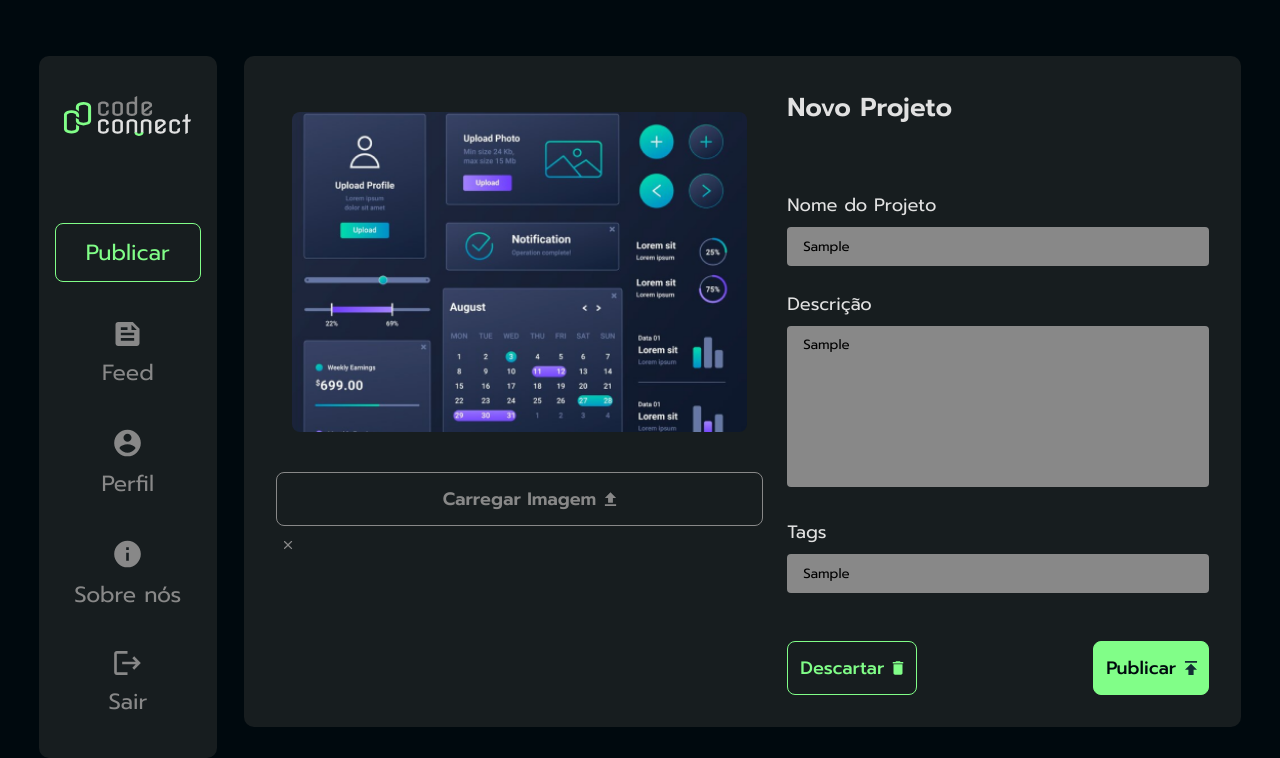
Repository: joaoPraiaJunior/async_await
Page: index.html
These files come from the project's save history. The page is drawn as it stood at one moment and after the next save; the edit follows.
The browser window is 1280 px wide. The pictures show the whole page.
Empty fields were first filled with sample values (such as "Sample", 5 or name@example.com).
After loading, the first visible `button.c-formulario__botao` was clicked once.

Above is the page before, as saved 2024-08-26 22:11:25.

### index.html
<!DOCTYPE html>
<html lang="pt-BR" dir="ltr">

<head>
    <meta charset="UTF-8">
    <meta name="viewport" content="width=device-width, initial-scale=1.0">
    <meta name="description" content="Projeto Async Await">
    <link rel="preconnect" href="https://fonts.googleapis.com">
    <link rel="preconnect" href="https://fonts.gstatic.com" crossorigin>
    <link href="https://fonts.googleapis.com/css2?family=Prompt:ital,wght@0,100;0,200;0,300;0,400;0,500;0,600;0,700;0,800;0,900;1,100;1,200;1,300;1,400;1,500;1,600;1,700;1,800;1,900&display=swap" rel="stylesheet">
    <link rel="stylesheet" href="./css/styles.css">
    <title>CodeConnect</title>
</head>

<body>
    <aside class="l-lateral">
        <figure><img src="./img/Logo.svg" alt="Logo do codeconnect"></figure>
        <nav class="c-menu">
            <ul class="c-menu__lista">
                <li class="c-menu__item"><a href="#" class="c-menu__link">Publicar</a></li>
                <li class="c-menu__item"><a href="#" class="c-menu__link"><img src="./img/feed.svg" aria-hidden="true" alt>Feed</a></li>
                <li class="c-menu__item"><a href="#" class="c-menu__link"><img src="./img/account_circle.svg" aria-hidden="true" alt>Perfil</a></li>
                <li class="c-menu__item"><a href="#" class="c-menu__link"><img src="./img/info.svg" aria-hidden="true" alt>Sobre nós</a></li>
                <li class="c-menu__item"><a href="#" class="c-menu__link"><img src="./img/logout.svg" aria-hidden="true" alt>Sair</a></li>
            </ul>
        </nav>
    </aside>

    <main class="l-principal">
        <div class="c-upload-imagem">
            <div class="c-upload-imagem__container">
                <figure class="c-upload-imagem__publicacao">
                    <img src="./img/imagem1.png" data-js="imagem" alt>
                </figure>
            </div>
            <button class="c-upload-imagem__botao" aria-label="carregar imagem" data-js="upload-de-imagem" aria-label="carregar-imagem">Carregar Imagem</button>
            <input type="file" name="imagem" id="imagem" accept="image/*" aria-hidden="true" style="display:none" data-js="input-upload-imagem">
            <div class="c-upload-imagem__descricao">
                <p data-js="descricao-da-imagem">image__projeto.png</p>
                <button class="c-botao c-botao--fechar" aria-label="Excluir tag"></button>
            </div>
            <div class="c-upload-imagem__mensagem-erro">
                <p data-js="mensagem-de-erro" aria-hidden="true"></p>
            </div>
        </div>

        <div class="c-formulario">
            <h1 class="c-formulario__titulo">Novo Projeto</h1>
            <form class="c-formulario__acoes" data-js="formulario">

                <div class="c-formulario__grupo">
                    <label for="projeto">Nome do Projeto</label>
                    <input type="text" name="projeto" id="projeto" placeholder="Escreva o nome do projeto" required>
                </div>
                <div class="c-formulario__grupo">
                    <label for="descricao">Descrição</label>
                    <textarea name="descricao" id="descricao" placeholder="Faça uma descrição da imagem" required></textarea>
                </div>

                <div class="c-formulario__grupo">
                    <label for="tags">Tags</label>
                    <input type="text" name="tags" id="tags" placeholder="Escreva as tags" data-js="input-tags">
                </div>

                <ul class="c-formulario__lista" data-js="formulario-lista-tags">
                </ul>

                <div class="c-formulario__botoes">
                    <button type="reset" class="c-formulario__botao c-formulario__botao--descartar" data-js="botao-excluir-dados-formulario">Descartar</button>
                    <button type="submit" class="c-formulario__botao c-formulario__botao--salvar">Publicar</button>
                </div>
            </form>
        </div>
    </main>

    <script src="./js/scripts.js"></script>
</body>

</html>

### css/styles.css
:root {
  /* Cores */
  --background-color: #00090e;
  --cor-do-texto: #e1e1e1;
  --cor-primaria: #81fe88;
  --cor-secundaria: #888888;
  --cor-da-tag: #171d1f;
  --componentes-do-background: #171d1f;

  /* Fontes */
  --fonte-padrao: "Prompt", sans-serif;
}

* {
  margin: 0;
  padding: 0;
  box-sizing: border-box;
}

html {
  font-size: 62.5%;
}

body {
  display: flex;
  justify-content: center;
  align-items: start;
  gap: 2.7rem;
  font-family: var(--fonte-padrao);
  font-size: 1.6rem;
  background-color: var(--background-color);
  color: var(--cor-do-texto);
  padding: 5.6rem 0;
  height: 100vh;
}

.l-lateral {
  text-align: center;
  background-color: var(--componentes-do-background);
  border-radius: 1rem;
  padding: 4rem 1.6rem;
}

.c-menu__lista {
  display: flex;
  flex-direction: column;
  align-items: center;
  gap: 4rem;
  margin-top: 8rem;
  list-style-type: none;
}

.c-menu__link {
  display: flex;
  flex-direction: column;
  align-items: center;
  gap: 1rem;
  font-size: 2.2rem;
  text-decoration: none;
  color: var(--cor-secundaria);
}

.c-menu__lista li:first-of-type a {
  color: var(--cor-primaria);
  border: 0.1rem solid var(--cor-primaria);
  border-radius: 0.8rem;
  padding: 1.2rem 3rem;
}

.l-principal {
  display: flex;
  gap: 2.4rem;
  background-color: var(--componentes-do-background);
  border-radius: 1rem;
  padding: 3.2rem;
}

.c-formulario {
  display: flex;
  flex-direction: column;
  gap: 2.4rem;
  width: 42.2rem;
}

.c-formulario__titulo {
  font-size: 2.6rem;
  font-weight: 600;
  margin-bottom: 4rem;
}

.c-formulario__acoes {
  display: flex;
  flex-direction: column;
  gap: 2.4rem;
}

.c-formulario__grupo label {
  display: block;
  font-size: 1.8rem;
  font-weight: 400;
  margin-bottom: 0.8rem;
  cursor: pointer;
}

.c-formulario__grupo input,
textarea {
  background-color: var(--cor-secundaria);
  font-family: var(--fonte-padrao);
  line-height: 2.25rem;
  border: none;
  border-radius: 0.4rem;
  padding: 0.8rem 1.6rem;
  width: 100%;
}

.c-formulario__grupo textarea {
  resize: none;
  height: 16.1rem;
}

.c-formulario__grupo input {
  height: 3.9rem;
}

.c-formulario__grupo input::placeholder, textarea::placeholder {
  color: var(--componentes-do-background);
}

.c-formulario__grupo label {
  cursor: pointer;
}

.c-formulario__lista {
  display: flex;
  gap: 1.0rem;
  flex-wrap: wrap;
  list-style-type: none;
}

.c-formulario__lista-tags {
  display: flex;
  gap: 1rem;
  color: var(--cor-da-tag);
  background-color: var(--cor-secundaria);
  border-radius: 0.4rem;
  padding: 0.4rem 0.8rem;
  cursor: pointer;
}

.c-formulario__botoes {
  display: flex;
  justify-content: space-between;
  gap: 2.4rem;
}

.c-formulario__botao {
  font-family: var(--fonte-padrao);
  font-size: 1.8rem;
  font-weight: 500;
  text-align: center;
  border-radius: 0.8rem;
  padding: 1.2rem 3.2rem 1.2rem 1.2rem;
  cursor: pointer;
}

.c-formulario__botao--descartar,
.c-formulario__botao--salvar {
  position: relative;
}

.c-formulario__botao--descartar {
  color: var(--cor-primaria);
  background-color: var(--componentes-do-background);
  border: 0.1rem solid var(--cor-primaria);
}

.c-formulario__botao--salvar {
  color: var(--background-color);
  background-color: var(--cor-primaria);
  border: 0.1rem solid var(--cor-primaria);
}

.c-formulario__botao--descartar::after,
.c-formulario__botao--salvar::after,
.c-upload-imagem__botao::after {
  content: "";
  display: inline-block;
  position: absolute;
  top: 50%;
  background-size: contain;
  background-repeat: no-repeat;
  margin-left: 0.8rem;
  width: 1.5rem;
  height: 1.5rem;
  transform: translateY(-50%);
}

.c-formulario__botao--descartar::after {
  background-image: url("../img/trash.svg");
}

.c-formulario__botao--salvar::after {
  background-image: url("../img/arrow_forward2.svg");
}

.c-upload-imagem__botao::after {
  background-image: url("../img/upload.svg");
}

.c-upload-imagem__publicacao {
  background-color: var(--secundary-color);
  border-radius: 0.8rem;
  padding: 2.4rem 1.6rem;
  height: 36.8rem;
}

.c-upload-imagem__publicacao img {
  border-radius: 0.8rem;
  object-fit: cover;
  height: 100%;
}

.c-upload-imagem__botao {
  position: relative;
  color: var(--cor-secundaria);
  background-color: var(--componentes-do-background);
  font-family: var(--fonte-padrao);
  font-size: 1.8rem;
  font-weight: 600;
  text-align: center;
  margin: 1.6rem 0 0.8rem 0;
  border: 0.1rem solid var(--cor-secundaria);
  border-radius: 0.8rem;
  padding: 1.2rem;
  width: 100%;
  cursor: pointer;
}

.c-upload-imagem__descricao {
  display: flex;
  gap: 0.8rem;
  color: var(--secundary-color);
  font-size: 1.5rem;
}

.c-upload-imagem__descricao img {
  cursor: pointer;
}

.c-upload-imagem__mensagem-erro {
  margin-top: 1.5rem;
}


.piscar {
  animation: piscar 1.5s infinite;
}

@keyframes piscar {
  0% {
    opacity: 1;
  }
  50% {
    opacity: 0.5;
  }
  100% {
    opacity: 1;
  }
}

.c-botao {
  position: relative;
  background-color: transparent;
  border: none;
  width: .9rem;
  height: 2.2rem;
  cursor: pointer;
}

.c-botao::after {
  content: "";
  position: absolute;
  top: 50%;
  display: inline-block;
  background-size: contain;
  background-repeat: no-repeat;
  width: .9rem;
  height: .9rem;
  transform: translate(-50%, -50%);
}

.c-botao--excluir::after {
  background-image: url("../img/close-black.svg");
}

.c-botao--fechar::after {
  background-image: url("../img/close.svg");
}

### js/scripts.js
const elementos = {
    botaoUploadImagem: '[data-js="upload-de-imagem"]',
    inputUploadImagem: '[data-js="input-upload-imagem"]',
    imagem: '[data-js="imagem"]',
    descricaoDaImagem: '[data-js="descricao-da-imagem"]',
    mensagemDeErro: '[data-js="mensagem-de-erro"]',
    inputTags: '[data-js="input-tags"]',
    formularioListaTags: '[data-js="formulario-lista-tags"]',
    formulario: '[data-js="formulario"]',
    botaoExluirDadosFormulario: '[data-js="botao-excluir-dados-formulario"]',
}

const botaoUploadImagem = document.querySelector(elementos.botaoUploadImagem);
const inputUploadImagem = document.querySelector(elementos.inputUploadImagem);
const imagem = document.querySelector(elementos.imagem);
const descricaoDaImagem = document.querySelector(elementos.descricaoDaImagem);
const mensagemDeErro = document.querySelector(elementos.mensagemDeErro);
const inputTags = document.querySelector(elementos.inputTags);
const formularioListaTags = document.querySelector(elementos.formularioListaTags);
const formulario = document.querySelector(elementos.formulario);
const botaoExluirDadosFormulario = document.querySelector(elementos.botaoExluirDadosFormulario);
const tagsDisponiveis = ["Front-end", "Programação", "Data Science", "Full-stack", "HTML", "CSS", "JavaScript"];

botaoUploadImagem.addEventListener('click', () => {
    inputUploadImagem.click();
});

function validaImagem(arquivo, evento) {

    if (!validaExtensao(arquivo)) {
        evento.target.value = '';
        return 'Extensão não permitida. Por favor, envie uma imagem no formato JPEG, PNG, JPG ou GIF';
    }

    if (!validaTamanhoDaImagem(arquivo)) {
        evento.target.value = '';
        return 'Tamanho da imagem não permitido. Por favor, envie uma imagem de até 2MB';
    }

    return null; // Sem erro
}

function validaExtensao(arquivo) {

    const extensoesPermitidas = ['image/jpeg', 'image/png', 'image/jpg', 'image/gif'];
    return extensoesPermitidas.includes(arquivo.type);
}

function validaTamanhoDaImagem(arquivo) {

    const tamanhoPermitidoDoisMB = 1024 * 1024 * 2;
    return arquivo.size <= tamanhoPermitidoDoisMB;
}


function lerConteudoDoArquivo(arquivo, evento) {

    return new Promise((resolve, reject) => {
        const leitor = new FileReader();
        leitor.onload = () => {

            const erro = validaImagem(arquivo, evento)

            if (erro) {
                return reject(erro);
            }

            resolve({ url: leitor.result, nome: arquivo.name });
        }

        leitor.onerror = () => {
            reject(`Erro na leitura do arquivo ${arquivo.name}`);
        }

        leitor.readAsDataURL(arquivo);
    });
}

function manipularMensagemDeErroFoto(erro) {

    if (erro) {
        mensagemDeErro.textContent = erro;
        mensagemDeErro.classList.add('piscar');
        mensagemDeErro.setAttribute('aria-hidden', false);
        mensagemDeErro.setAttribute('role', 'alert');
        mensagemDeErro.setAttribute('tabindex', 0); // Para que o leitor de tela leia a mensagem
    } else {
        mensagemDeErro.textContent = '';
        mensagemDeErro.classList.remove('piscar');
        mensagemDeErro.setAttribute('aria-hidden', true);
        mensagemDeErro.removeAttribute('role');
        mensagemDeErro.removeAttribute('tabindex');
    }
}


function exluirTag(evento) {
    const botaoExcluir = evento.target;
    if (botaoExcluir) {
        const tagEscolhida = botaoExcluir.parentElement;
        formularioListaTags.removeChild(tagEscolhida);
    }
}

formularioListaTags.addEventListener('click', exluirTag);


function debounce(funcao, tempoEspera) {
    let identificadorTimeout;
    return function (...args) {
        if (identificadorTimeout) clearTimeout(identificadorTimeout);
        identificadorTimeout = setTimeout(() => funcao.apply(this, args), tempoEspera);
    };
}

inputUploadImagem.addEventListener('change', (evento) => {
    const arquivo = evento.target.files[0];

    if (!arquivo) {
        manipularMensagemDeErroFoto('Nenhum arquivo selecionado.');
        return;
    }

    debounce(async () => {
        try {
            const conteudoDoArquivo = await lerConteudoDoArquivo(arquivo, evento);
            imagem.src = conteudoDoArquivo.url;
            descricaoDaImagem.textContent = conteudoDoArquivo.nome;

            manipularMensagemDeErroFoto(null); // Limpa a mensagem

        } catch (erro) {

            manipularMensagemDeErroFoto(erro); // Exibe o erro
        }
    }, 300)();
});


function exibirTagsDisponiveis(tagTexto) {

    return new Promise((resolve) => {

        setTimeout(() => {
            resolve(tagsDisponiveis.includes(tagTexto));
        }, 1000);

    });
}

async function criarTagsDaImagem(evento) {

    const tecla = evento.key;

    if (tecla === 'Enter') {
        evento.preventDefault();
        const nomeDaTag = evento.target.value.trim();
        if (nomeDaTag !== '') {
            try {
                const tagJaExiste = await exibirTagsDisponiveis(nomeDaTag);
                if(tagJaExiste) {
                    const li = document.createElement('li');
                    const p = document.createElement('p');
                    const botao = document.createElement('button');
                    li.classList.add('c-formulario__lista-tags');
                    botao.classList.add('c-botao', 'c-botao--excluir');
                    botao.setAttribute('aria-label', 'Excluir tag');
                    botao.setAttribute('type', 'button');
                    botao.dataset.js = 'botao-excluir-tag';
                    p.textContent = nomeDaTag;
                    li.appendChild(p);
                    li.appendChild(botao);
                    formularioListaTags.appendChild(li);
                    inputTags.value = '';
                } else {
                    alert("Tag não disponível");
                    inputTags.value = '';
                }
            } catch (erro) {
                console.error("Erro ao criar tag", erro);
                alert("Erro ao criar tag");
            }
        }
    }
}

inputTags.addEventListener('keypress', criarTagsDaImagem);


async function publicarDadosDoProjeto(nomeDoProjeto, descricaoDoProjeto, tags) {

    return new Promise((resolve, reject) => {
        setTimeout(() => {
            const envio = Math.random() > 0.5;
            if(envio) {
                resolve('Projeto publicado com sucesso');
            } else {
                reject('Erro ao publicar projeto');
            }
        }, 2000);

    });
}

async function envidarDados(evento) {
    evento.preventDefault();
    const nomeDoProjeto = formulario.projeto.value;
    const descricaoDoProjeto = formulario.descricao.value;
    const tags = Array.from(formularioListaTags.children).map(tag => tag.querySelector('p').textContent);

    try {
        const mensagem = await publicarDadosDoProjeto(nomeDoProjeto, descricaoDoProjeto, tags);
        alert(mensagem);
    } catch (erro) {
        console.error('Erro ao publicar projeto', erro);
        alert('Erro ao publicar projeto');
    }
}


formulario.addEventListener('submit', envidarDados);


function descartarDadosDoFormulario(evento) {
    evento.preventDefault();
    imagem.src = './img/imagem1.png';
    descricaoDaImagem.textContent = '';
    formularioListaTags.innerHTML = '';
}

botaoExluirDadosFormulario.addEventListener('click', descartarDadosDoFormulario);

After the next save:
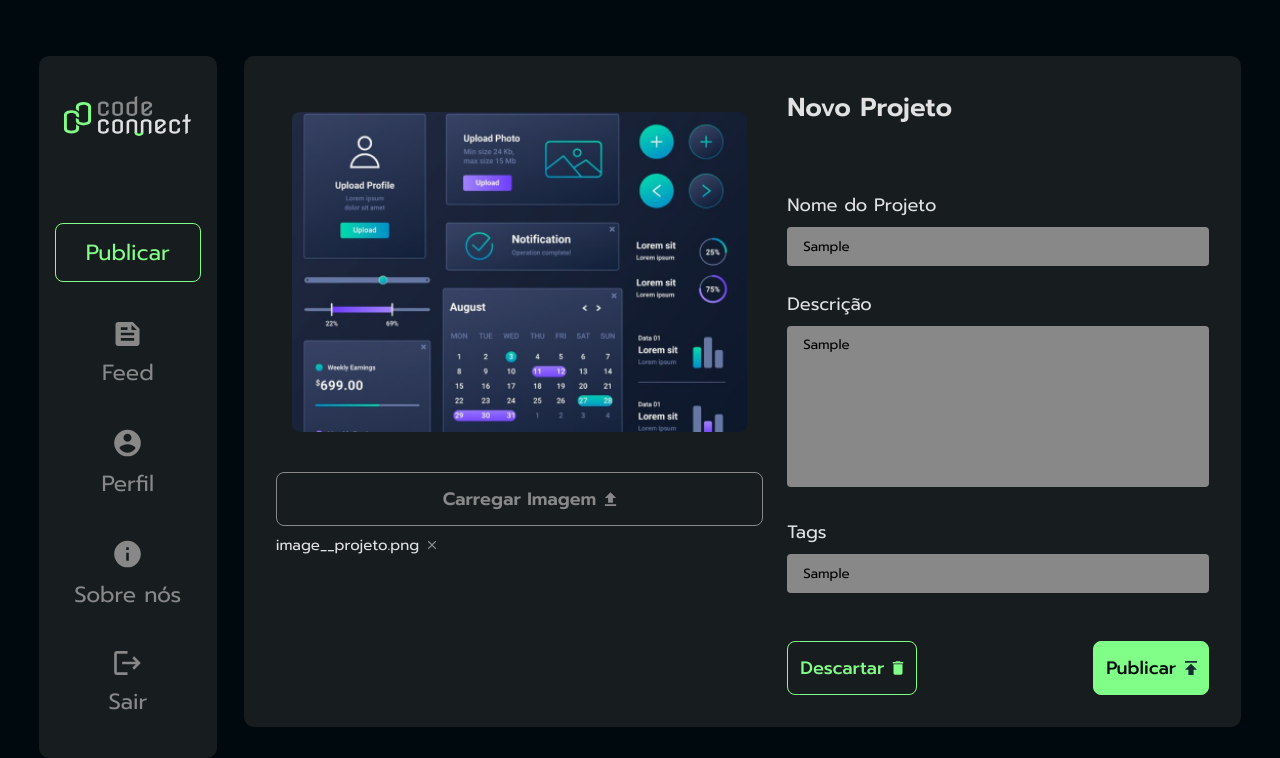
Saved 55 s later.
--- a/js/scripts.js
+++ b/js/scripts.js
@@ -224,7 +224,7 @@ formulario.addEventListener('submit', envidarDados);
 function descartarDadosDoFormulario(evento) {
     evento.preventDefault();
     imagem.src = './img/imagem1.png';
-    descricaoDaImagem.textContent = '';
+    descricaoDaImagem.textContent = 'image__projeto.png';
     formularioListaTags.innerHTML = '';
 }
 
